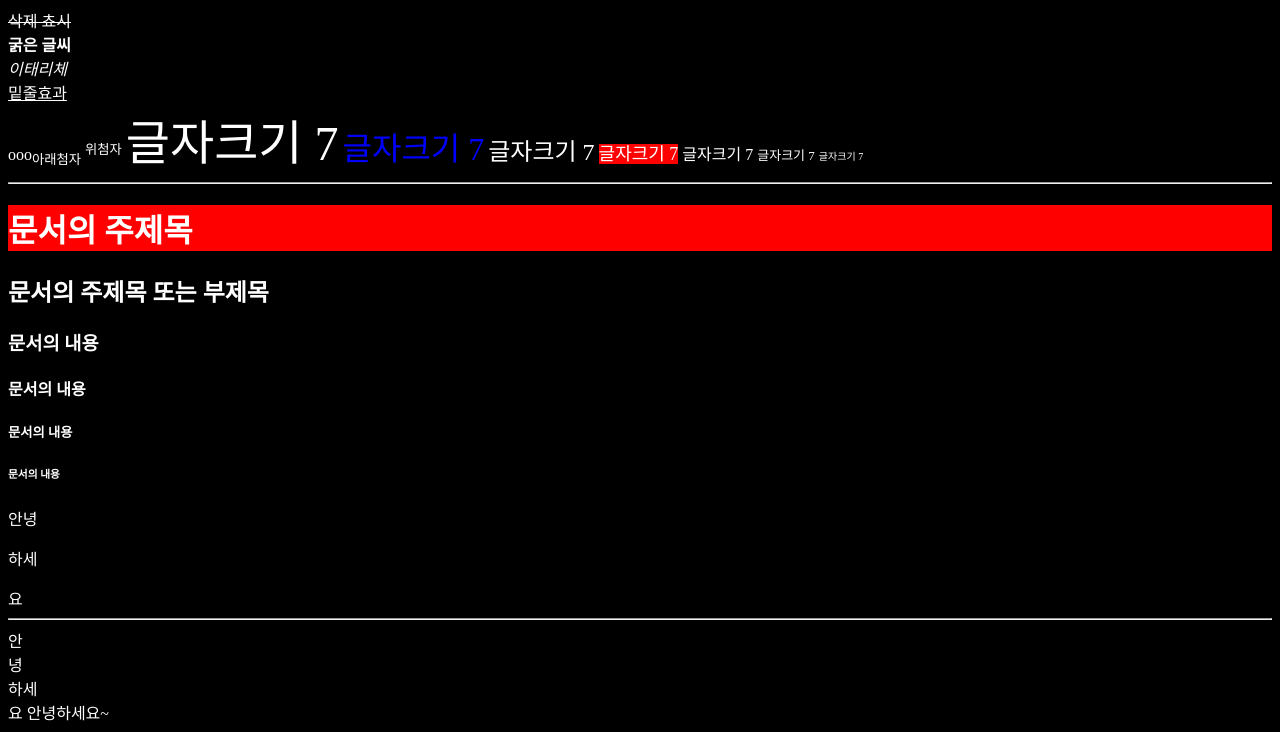
Repository: sjh86/html-day01
Page: html/day01.html
The author's editor kept a copy of each file at every save. The page is drawn from the files as they stood at one save, then again after the next save.
The browser window is 1280 px wide. The pictures show the whole page.

Above is the page before, as saved 2021-10-04 05:12:15.

### html/day01.html
<!DOCTYPE html>
<html>
<head>
<meta charset="EUC-KR">
<title>Insert title here</title>
</head>
<body text="white" bgcolor="black">

<strike>삭제 쵸시</strike> <br>
<b>굵은 글씨</b> <br>
<i>이태리체</i> <br>
<u>밑줄효과</u> <br>
ooo<sub>아래첨자</sub> <sup>위첨자</sup>


<font size = "7">글자크기 7</font>
<font size = "6" face="궁서체" color = "blue">글자크기 7</font>
<font size = "5">글자크기 7</font>
<font size = "4" style="background-color: red;">글자크기 7</font>
<font size = "3">글자크기 7</font>
<font size = "2">글자크기 7</font>
<font size = "1">글자크기 7</font>

<hr>

<h1 style="background-color: red;">문서의 주제목</h1>
<h2>문서의 주제목 또는 부제목</h2>
<h3>문서의 내용</h3>
<h4>문서의 내용</h4>
<h5>문서의 내용</h5>
<h6>문서의 내용</h6>
안녕
<p>하세</p>
요
<hr>
안<br>녕<br>
하세<br>
요
<!--

주석
 -->
	안녕하세요~
</body>
</html>

After the next save:
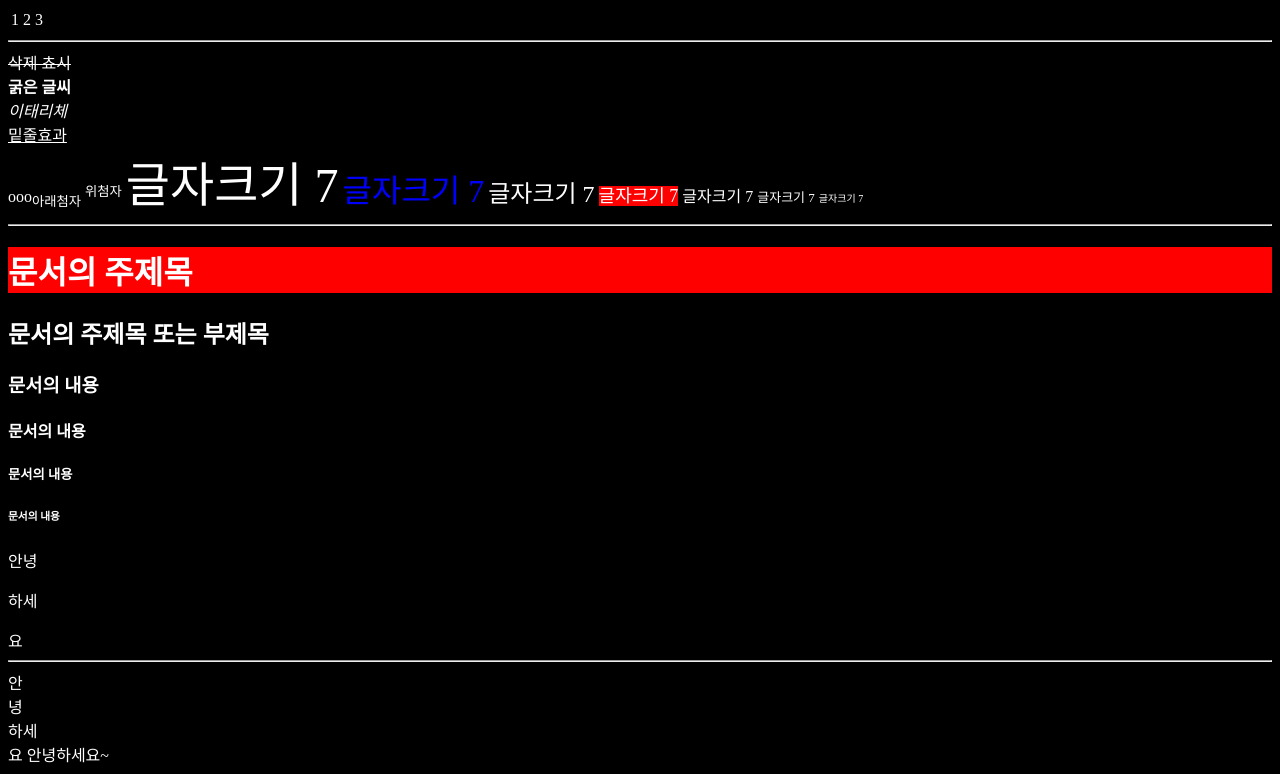
Saved 6 min 23 s later.
--- a/html/day01.html
+++ b/html/day01.html
@@ -5,6 +5,21 @@
 <title>Insert title here</title>
 </head>
 <body text="white" bgcolor="black">
+
+<table>
+	<tr>
+		<td>1</td><td>2</td><td>3</td>
+
+
+
+	</tr>
+</table>
+
+<hr>
+
+
+
+
 
 <strike>삭제 쵸시</strike> <br>
 <b>굵은 글씨</b> <br>
